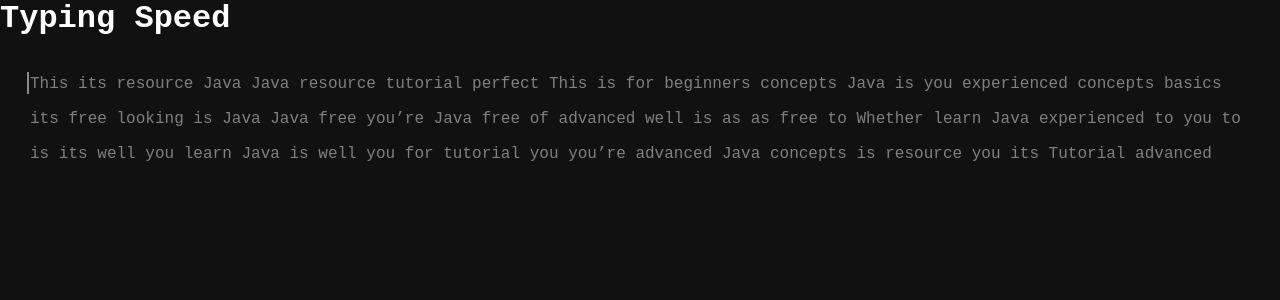
Repository: ThisIsSahaj/Js-Games
Page: TypingSpeed/index.html
The author's editor kept a copy of each file at every save. The page is drawn from the files as they stood at one save, then again after the next save.
The browser window is 1280 px wide. The pictures show the whole page.

Above is the page before, as saved 2024-05-19 19:05:10.

### TypingSpeed/index.html
<!DOCTYPE html>
<html lang="en">
<head>
    <meta charset="UTF-8">
    <meta http-equiv="X-UA-Compatible" content="IE=edge">
    <meta name="viewport" content="width=device-width, initial-scale=1.0">
    <title>Typing Speed</title>
    <link rel="stylesheet" href="style.css">
</head>
<body>
    <h1>Typing Speed</h1>

    <div class="game">
        <div class="words"></div>
        <div class="cursor"></div>
    </div>
</body>
<script src="script.js"></script>
</html>

### TypingSpeed/style.css
*{
    margin: 0;
    padding: 0;
    box-sizing: border-box;
}

body{
    font-family: 'Roboto Mono', monospace;
    background-color: #111;
    color: white;
}

.game{
    /* border: 2px solid red; */
    margin: 30px ;
    line-height: 35px;
    height: 105px;
    overflow: hidden;
    color: gray;
    position: relative;
}

@keyframes blink {
    0%{
        opacity: 1;
    }
    50%{
        opacity: 0;
    }
    100%{
        opacity: 1;
    }
}

.cursor{
    width: 2px;
    height: 1.4rem;
    background: white;
    position: fixed;
    top: 72px;
    left: 27px;
    animation: blink .7s infinite;

}

.singleWord{
    /* border: 2px solid green; */
    display: inline-block;
}

 .correct {
    color: #fff;
}
 .incorrect {
    color: #f55;
}

### TypingSpeed/script.js
const words = 'This Java Tutorial is designed for beginners as well as experienced professionals Whether you’re looking to learn the basics of Java or its advanced concepts this free Java tutorial is the perfect resource for you'

const wordsDiv = document.querySelector('.words');

const body = document.querySelector('body');





// to split all the words whenever space comes and return an array
const newWords = words.split(" ");
// console.log(newWords);




const randomWord = () => {
    const randomIndex = Math.floor(Math.random() * newWords.length);
    return newWords[randomIndex];
}
// console.log(randomWord());


const formatWord = (word) => {
  return `
  <div class="singleWord"><span class="letter">${word.split('').join('</span><span class="letter">')}</span></div>
  `
}

const addClass = (element, className) => {
//   element.classlist.add(className);
     element.className += ' ' + className;
}

const removeClass = (element, className) => {
//   element.classlist.remove(className);
     element.className = element.className.replace(className, '');
}


const newGame = () => {
    wordsDiv.innerHTML = " ";

    for(let i=0; i<200; i++)
    {
        wordsDiv.innerHTML += formatWord(randomWord());
    }

    const singleWord = document.querySelector('.singleWord');
    console.log('singleWord', singleWord);
    const letter = document.querySelector('.letter');
    console.log('letter',letter)

    addClass(singleWord, 'current');
    addClass(letter, 'current');
}


body.addEventListener('keyup', ev => {
    // console.log(ev);

    const key = ev.key;


    const currentWord = document.querySelector('.singleWord.current');
    const currentLetter = document.querySelector('.letter.current');
    console.log('currentLetter',currentLetter);
    const expected = currentLetter?.innerHTML || ' ';


    //check whether the input is a letter or not
    //if it's length is not equal to 1, it means it is 'Backspace'
    //if key is empty ' ' it means  it is the space key
    const isLetter = key.length === 1 && key !== ' ';
    const isSpace = key === ' ';


    console.log({key, expected});

    if (isLetter) {
      if (currentLetter) {
        addClass(currentLetter, key === expected ? 'correct' : 'incorrect');   //if key = expected key, then add class correct, if not then add class incorrect
        removeClass(currentLetter, 'current');
        if (currentLetter.nextSibling) {
          addClass(currentLetter.nextSibling, 'current');
        }
      }
    }

    // if key is SPACE
    if(isSpace)
    {
      if (expected !== ' ') {
        const lettersToInvalidate = [...document.querySelectorAll('.singleWord.current .letter:not(.correct)')];
        lettersToInvalidate.forEach(letter => {
          addClass(letter, 'incorrect');
        });
      }
      removeClass(currentWord, 'current');
      addClass(currentWord.nextSibling, 'current');

      if (currentLetter) {
        console.log('currentLetter', currentLetter);
        removeClass(currentLetter, 'current');
      }
      addClass(currentWord.nextSibling.firstChild, 'current')
    }
})


newGame();

After the next save:
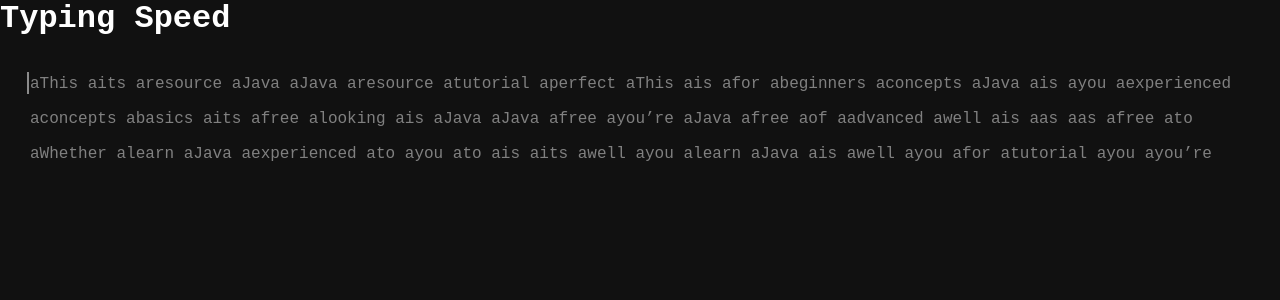
Saved 83 s later.
--- a/TypingSpeed/script.js
+++ b/TypingSpeed/script.js
@@ -24,7 +24,7 @@
 
 const formatWord = (word) => {
   return `
-  <div class="singleWord"><span class="letter">${word.split('').join('</span><span class="letter">')}</span></div>
+  <div class="singleWord">a<span class="letter">${word.split('').join('</span><span class="letter">')}</span></div>
   `
 }
 
@@ -84,6 +84,7 @@
         removeClass(currentLetter, 'current');
         if (currentLetter.nextSibling) {
           addClass(currentLetter.nextSibling, 'current');
+          console.log('currentLetter',currentLetter);
         }
       }
     }

After the save that followed:
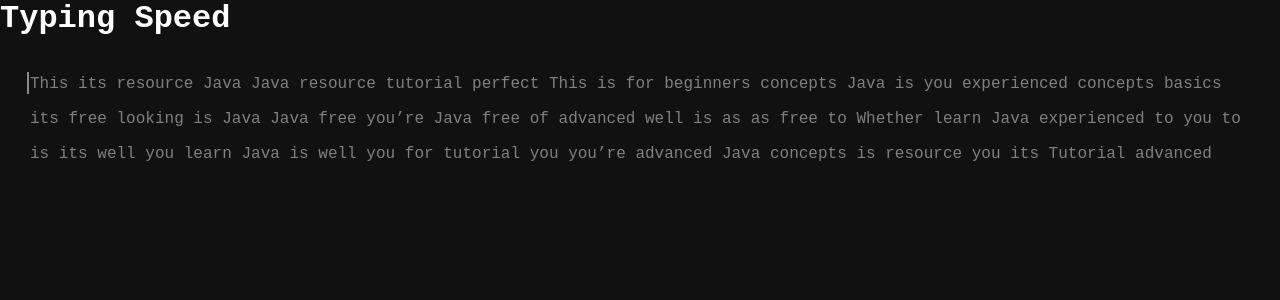
Saved 26 s later.
--- a/TypingSpeed/script.js
+++ b/TypingSpeed/script.js
@@ -24,7 +24,7 @@
 
 const formatWord = (word) => {
   return `
-  <div class="singleWord">a<span class="letter">${word.split('').join('</span><span class="letter">')}</span></div>
+  <div class="singleWord"><span class="letter">${word.split('').join('</span><span class="letter">')}</span></div>
   `
 }
 
@@ -84,7 +84,6 @@
         removeClass(currentLetter, 'current');
         if (currentLetter.nextSibling) {
           addClass(currentLetter.nextSibling, 'current');
-          console.log('currentLetter',currentLetter);
         }
       }
     }
